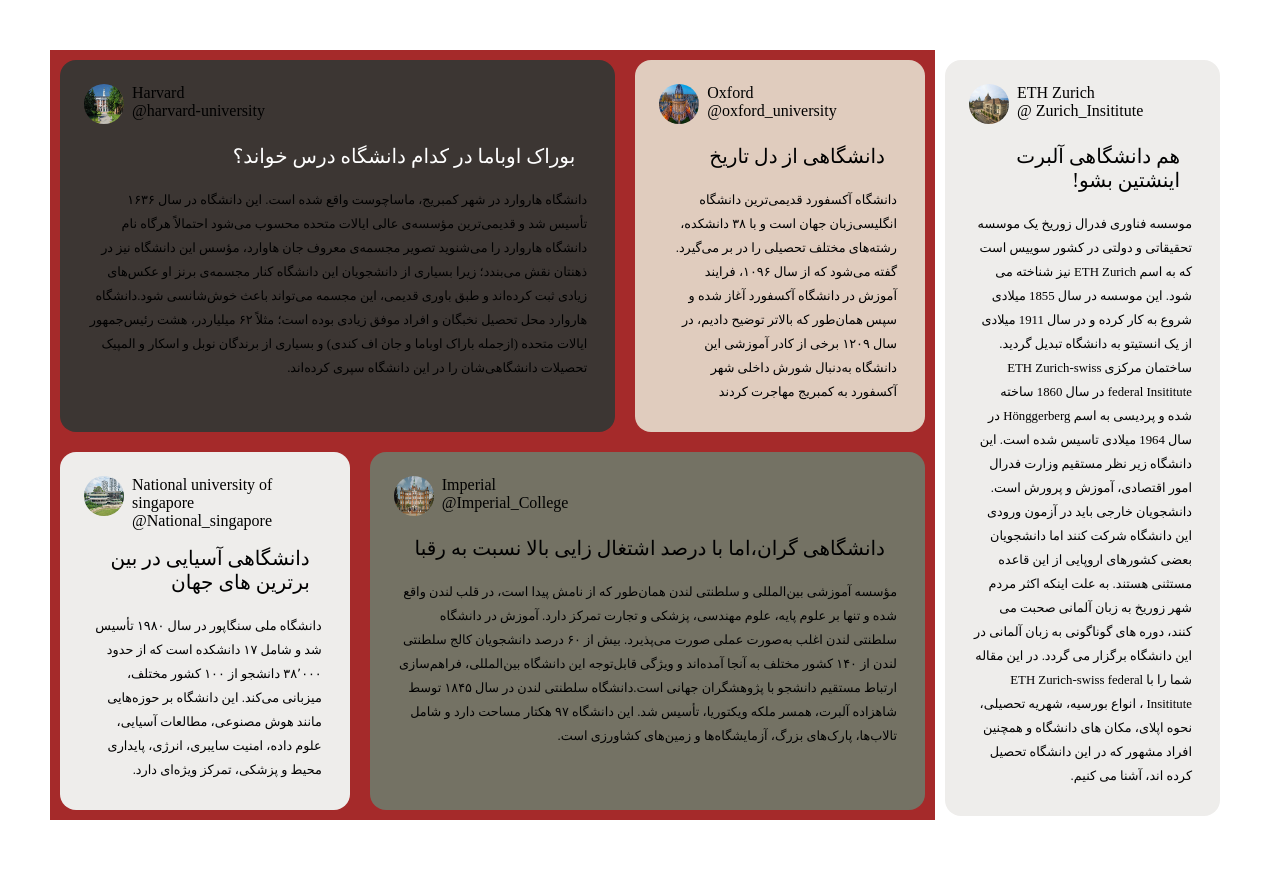
Repository: rahanwz/cards
Page: cards.html
The author's editor kept a copy of each file at every save. The page is drawn from the files as they stood at one save, then again after a run of saves.
The browser window is 1280 px wide. The pictures show the whole page.

Above is the page before, as saved 2024-02-17 15:09:20.

After the next 3 saves:
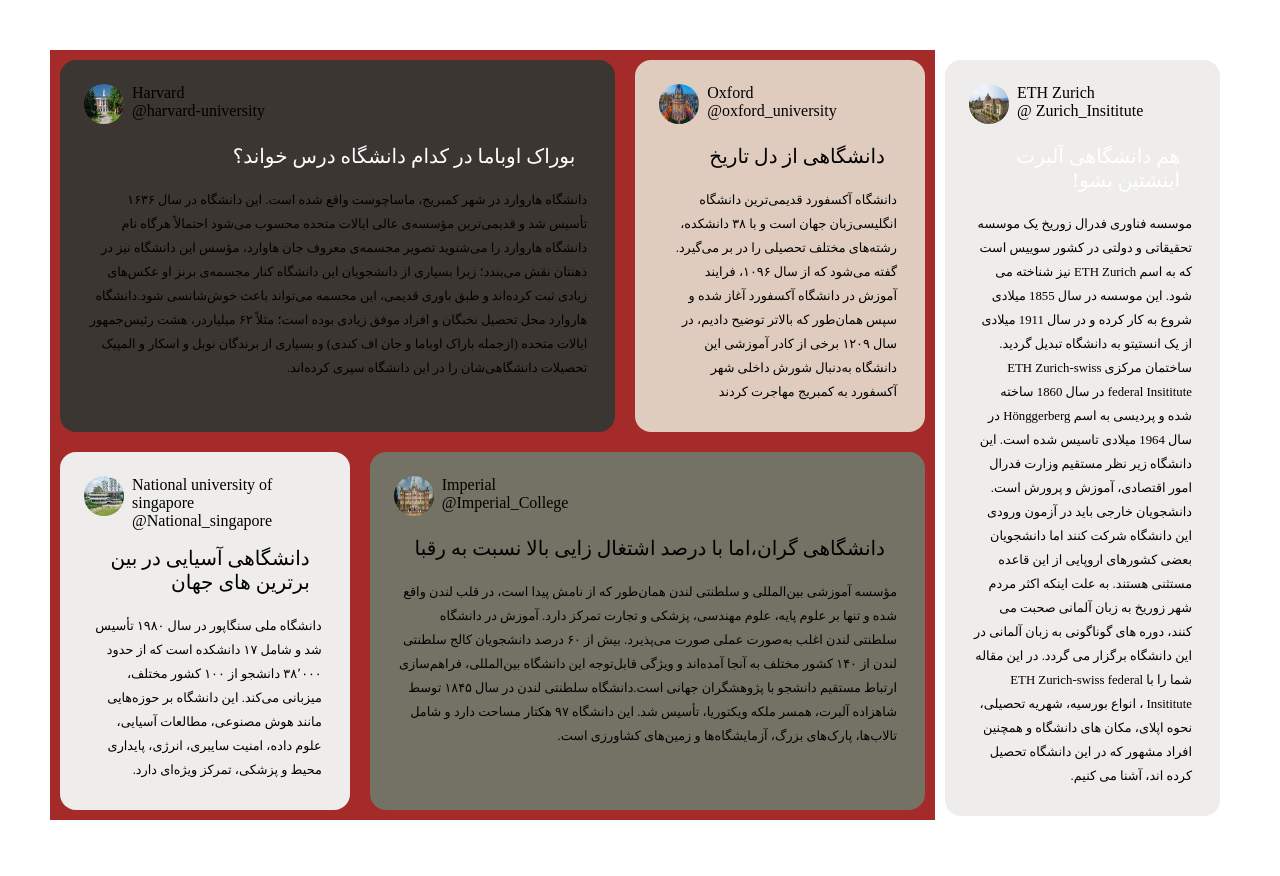
The 3 saves are shown as one change because they came seconds apart.
The last was saved 4 min 35 s later.
--- a/cards.html
+++ b/cards.html
@@ -142,7 +142,7 @@
                 <div class="id">@ Zurich_Insititute</div>
               </div>
             </div>
-            <div class="descrip1" style=" ">هم دانشگاهی آلبرت اینشتین بشو!</div>
+            <div class="descrip1" style="color: #ffffff;">هم دانشگاهی آلبرت اینشتین بشو!</div>
             <div class="descrip2">
               موسسه فناوری فدرال زوریخ یک موسسه تحقیقاتی و دولتی در کشور سوییس
               است که به اسم ETH Zurich نیز شناخته می شود. این موسسه در سال 1855

After the save that followed:
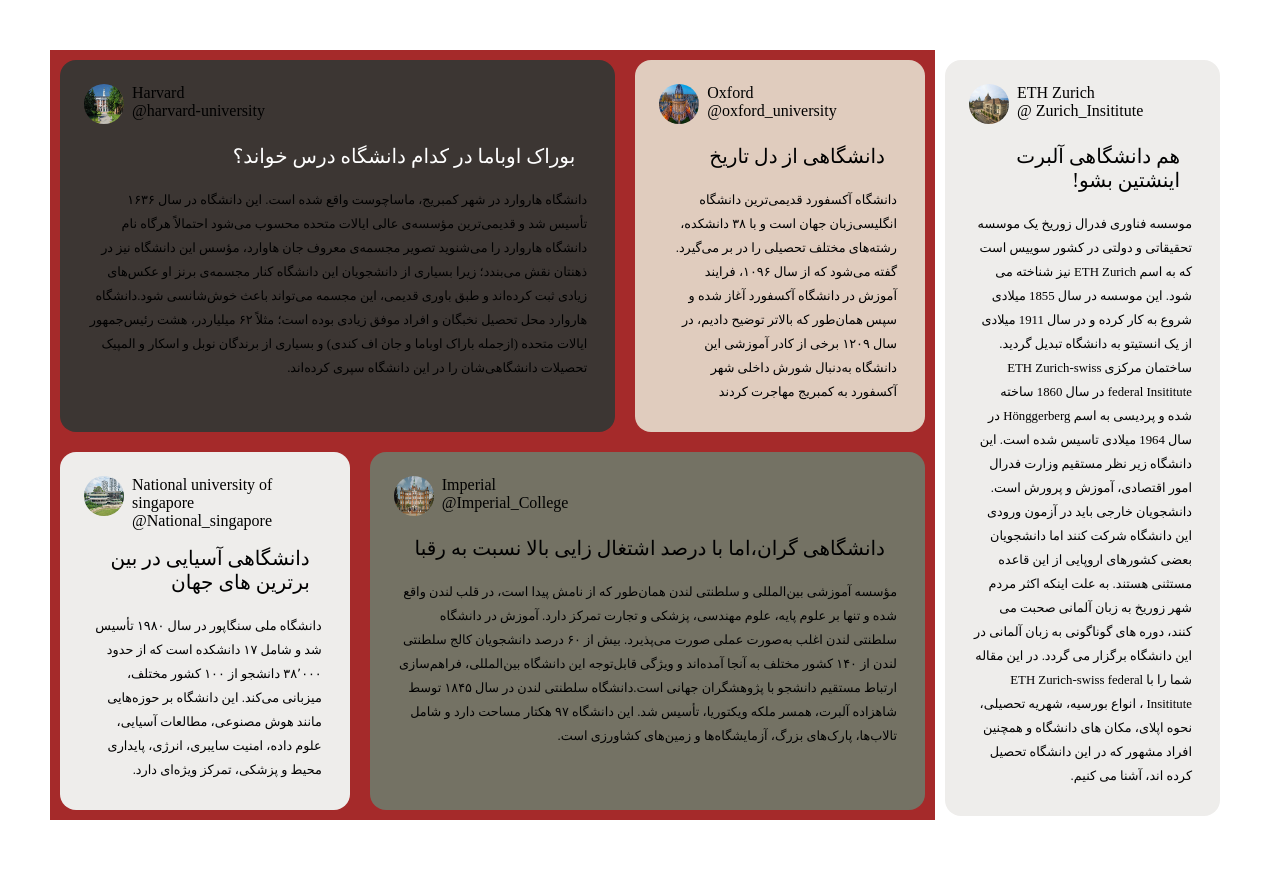
Saved 59 s later.
--- a/cards.html
+++ b/cards.html
@@ -142,7 +142,7 @@
                 <div class="id">@ Zurich_Insititute</div>
               </div>
             </div>
-            <div class="descrip1" style="color: #ffffff;">هم دانشگاهی آلبرت اینشتین بشو!</div>
+            <div class="descrip1" ">هم دانشگاهی آلبرت اینشتین بشو!</div>
             <div class="descrip2">
               موسسه فناوری فدرال زوریخ یک موسسه تحقیقاتی و دولتی در کشور سوییس
               است که به اسم ETH Zurich نیز شناخته می شود. این موسسه در سال 1855
